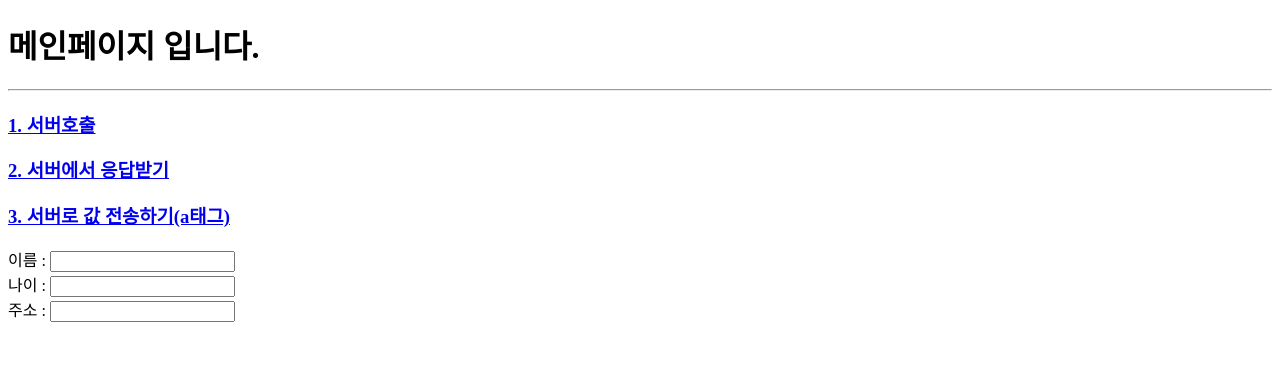
Repository: JWbase/Web_JAVA
Page: web-workspace/02_noDbProject/src/main/webapp/index.html
These files come from the project's save history. The page is drawn as it stood at one moment and after the next save; the edit follows.
The browser window is 1280 px wide. The pictures show the whole page.

Above is the page before, as saved 2022-08-29 07:05:42.

After the next save:
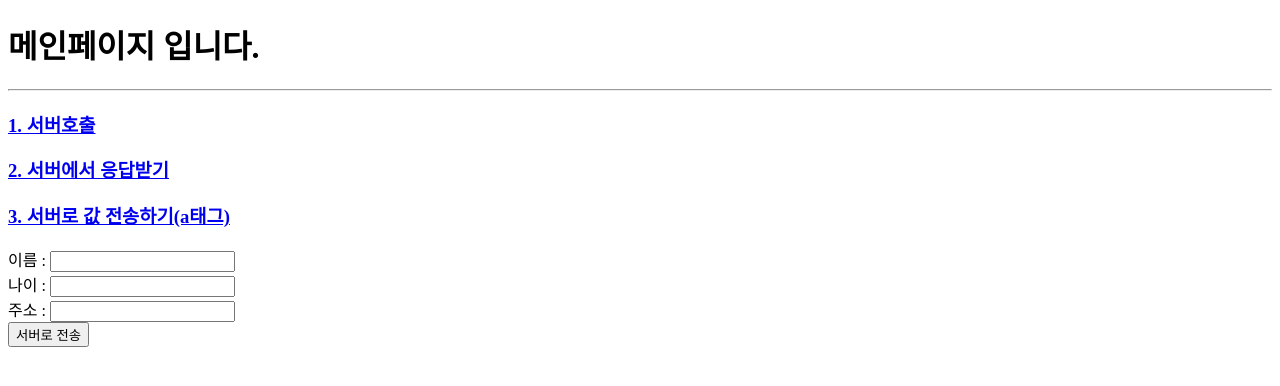
Saved 15 s later.
--- a/web-workspace/02_noDbProject/src/main/webapp/index.html
+++ b/web-workspace/02_noDbProject/src/main/webapp/index.html
@@ -17,9 +17,9 @@
 		<a href="/sendData1.do?name=이정우&test=abc">3. 서버로 값 전송하기(a태그)</a>
 	</h3>
 	<form action="/sendData2.do" method="get">
-		이름 : <input type="text" name="name"><br>
-		나이 : <input type="text" name="age"><br>
-		주소 : <input type="text" name="addr"><br>
+		이름 : <input type="text" name="name"><br> 나이 : <input
+			type="text" name="age"><br> 주소 : <input type="text"
+			name="addr"><br> <input type="submit" value="서버로 전송">
 	</form>
 </body>
 </html>
